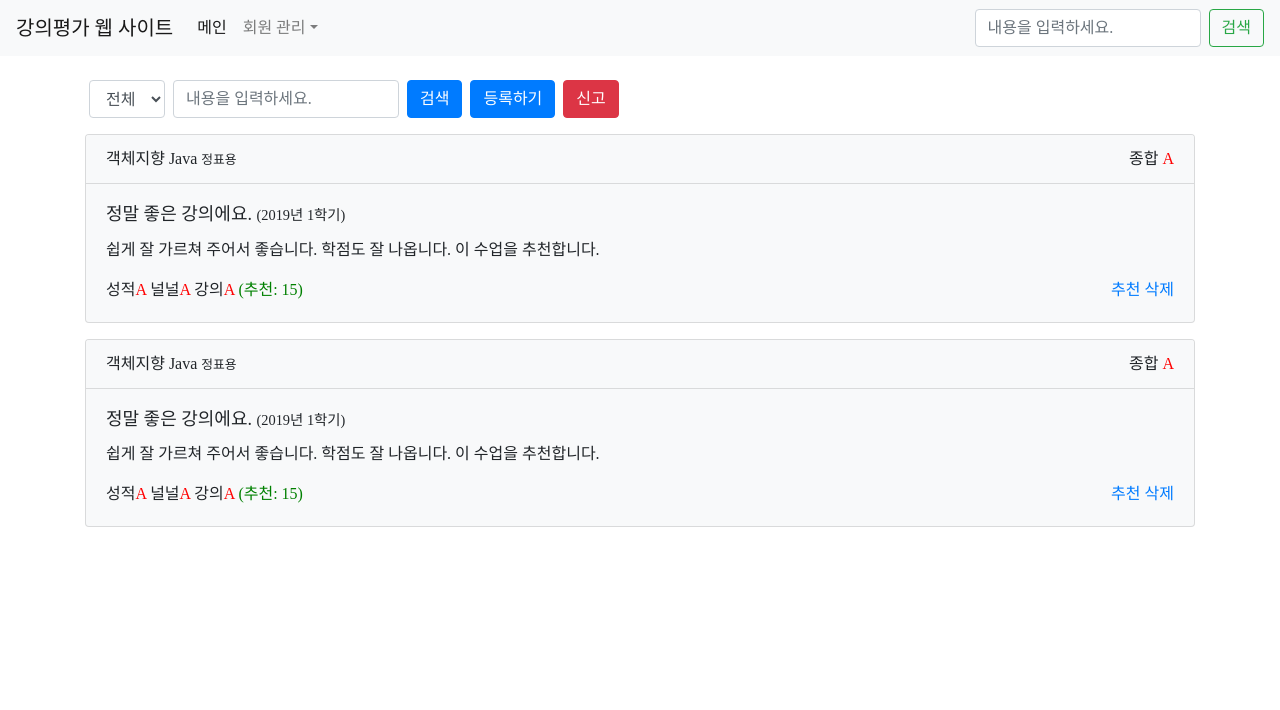
Repository: sur2/JSP-Lecture-Evaluation
Page: http://localhost/Lecture_Evaluation/userJoin.jsp
These files come from the project's save history. The page is drawn as it stood at one moment and after the next save; the edit follows.
The browser window is 1280 px wide. The pictures show the whole page.
Some web fonts or font styles are not loaded; a fallback is used. The page is served by Tomcat 9.

Above is the page before, as saved 2020-01-03 09:55:46.
Console error (its wording comes from the project's code and is left out).

After the next save:
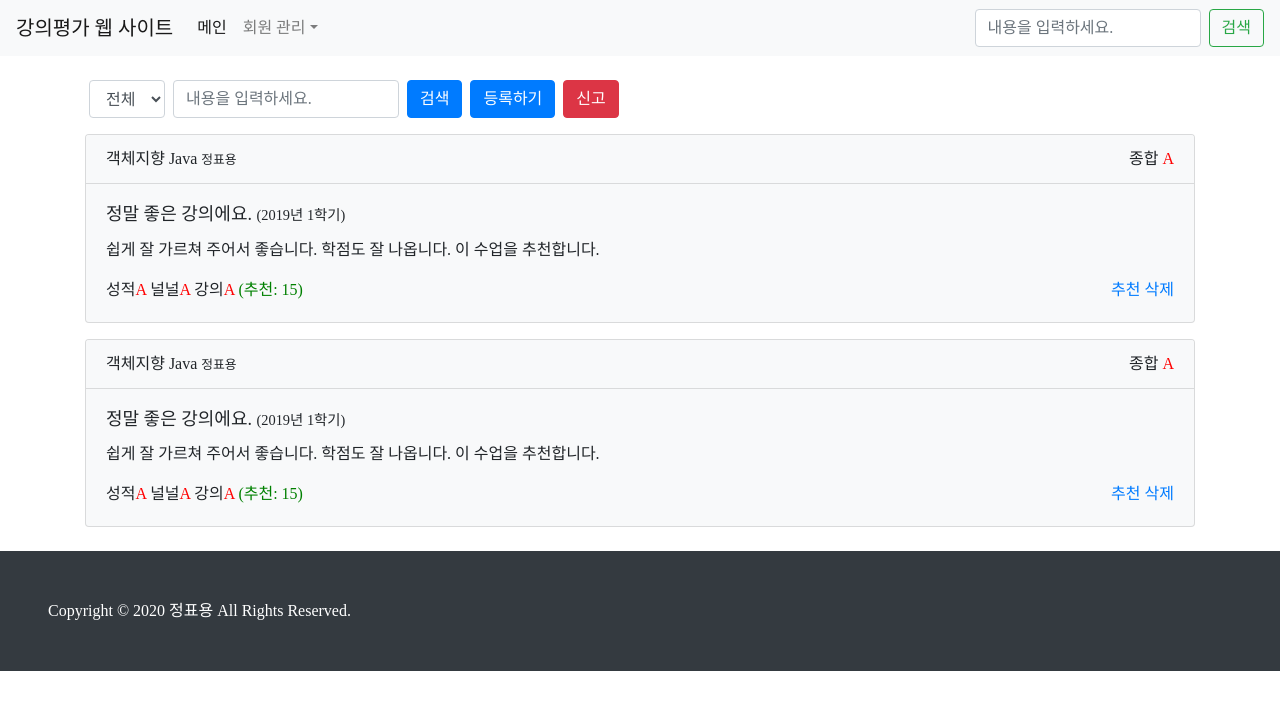
Saved 2 min 12 s later.
--- a/Lecture Evaluation/WebContent/userJoin.jsp
+++ b/Lecture Evaluation/WebContent/userJoin.jsp
@@ -258,6 +258,10 @@
 		</div>
 	</div>
 
+	<footer class="bg-dark mt-4 p-5 text=center" style="color: #FFFFFF;">
+		Copyright &copy; 2020 정표용 All Rights Reserved.
+	</footer>
+
 	<!-- JQuery js 추가하기 -->
 	<script type="text/javascript" src="./js/jquery-3.4.1.min.js"></script>
 	<!-- popper js 추가하기 -->
